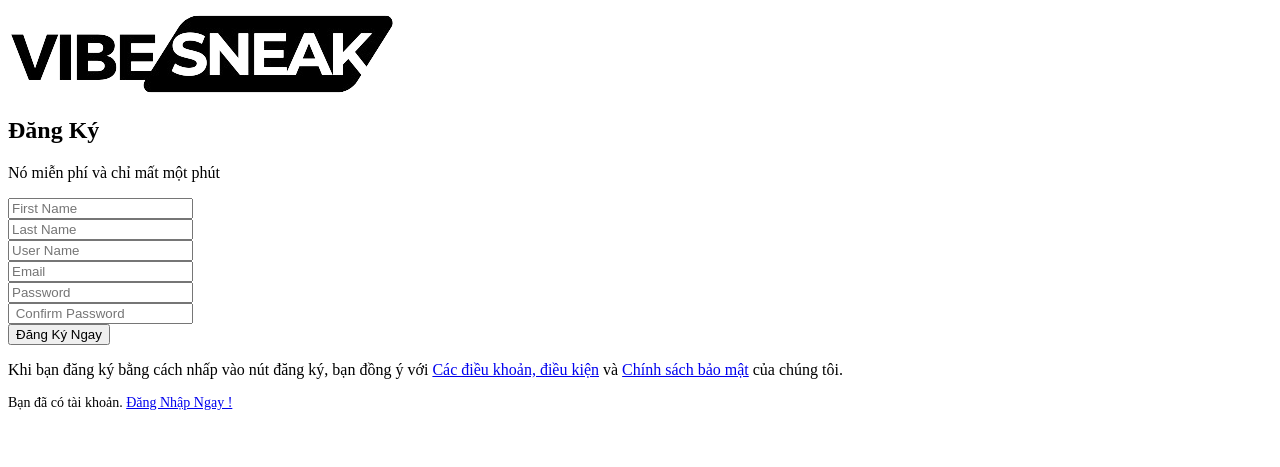
Repository: HSondev74/website-ban-giay
Page: http://localhost/BanGiay/pages/LogUp.php
These files come from the project's save history. The page is drawn as it stood at one moment and after the next save; the edit follows.
The browser window is 1280 px wide. The pictures show the whole page.
The page is run by PHP 8.4 with error messages shown; the project is at /var/www/html/.

Above is the page before, as saved 2024-02-25 13:54:44.

### pages/LogUp.php
<main>
    <div class="container">
        <div class="form" style="">
            <img src="./images/img-header/logo-brand.png" alt="" />
            <div class="form-logup">
                <h2>Đăng Ký</h2>
                <p>Nó miễn phí và chỉ mất một phút</p>

                <div class="ip-logup">
                    <span class="input-group-text">
                        <i class="fa-solid fa-image-portrait"></i>
                    </span>
                    <input type="text" class="form-control" placeholder="First Name" />
                </div>

                <div class="ip-logup">
                    <span class="input-group-text">
                        <i class="fa-solid fa-image-portrait"></i>
                    </span>
                    <input type="text" class="form-control" placeholder="Last Name" />
                </div>

                <div class="ip-logup">
                    <span class="input-group-text">
                        <i class="fa fa-user"></i>
                    </span>
                    <input type="text" class="form-control" placeholder="User Name" />
                </div>

                <div class="ip-logup">
                    <span class="input-group-text">
                        <i class="fa fa-envelope"></i>
                    </span>
                    <input type="text" class="form-control" placeholder="Email" />
                </div>

                <div class="ip-logup">
                    <span class="input-group-text">
                        <i class="fa fa-lock"></i>
                    </span>
                    <input type="text" class="form-control" placeholder="Password" />
                </div>

                <div class="ip-logup">
                    <span class="input-group-text">
                        <i class="fa fa-lock"></i>
                    </span>
                    <input type="text" class="form-control" placeholder=" Confirm Password" />
                </div>

                <div class="btn-logup">
                    <input type="button" value="Đăng Ký Ngay" class="button" />

                    <p class="ask1 ask">
                        Khi bạn đăng ký bằng cách nhấp vào nút đăng ký, bạn
                        đồng ý với
                        <a href="#">Các điều khoản, điều kiện</a> và
                        <a href="#">Chính sách bảo mật</a> của chúng tôi.
                    </p>

                    <p class="ask2 ask" style="font-size: 14px;">
                        Bạn đã có tài khoản.
                        <a href="index.php?action=login">Đăng Nhập Ngay !</a>
                    </p>
                </div>
            </div>
        </div>
    </div>
</main>

After the next save:
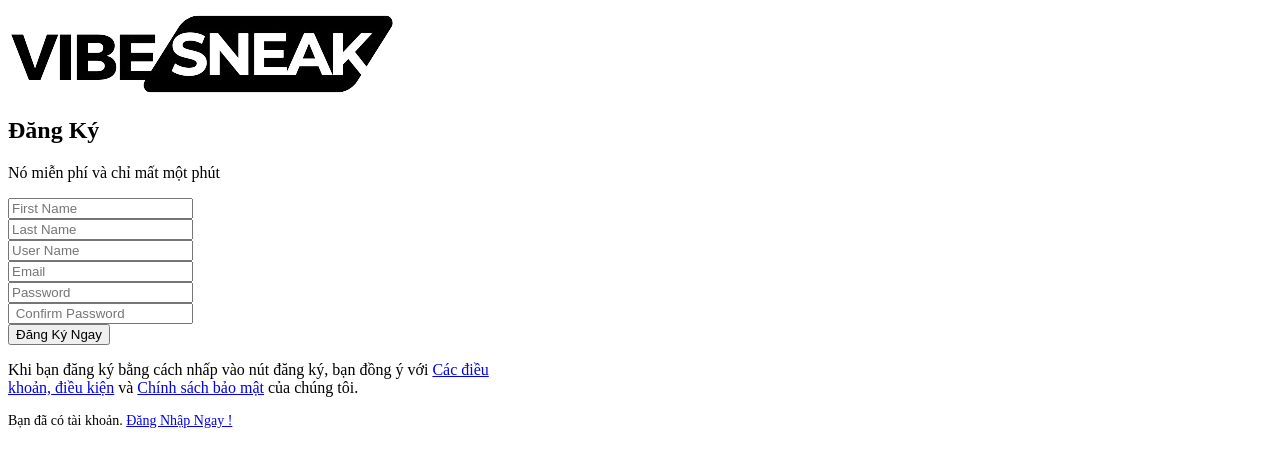
Saved 4 s later.
--- a/pages/LogUp.php
+++ b/pages/LogUp.php
@@ -1,6 +1,6 @@
 <main>
     <div class="container">
-        <div class="form" style="">
+        <div class="form" style="width: 40%;">
             <img src="./images/img-header/logo-brand.png" alt="" />
             <div class="form-logup">
                 <h2>Đăng Ký</h2>
